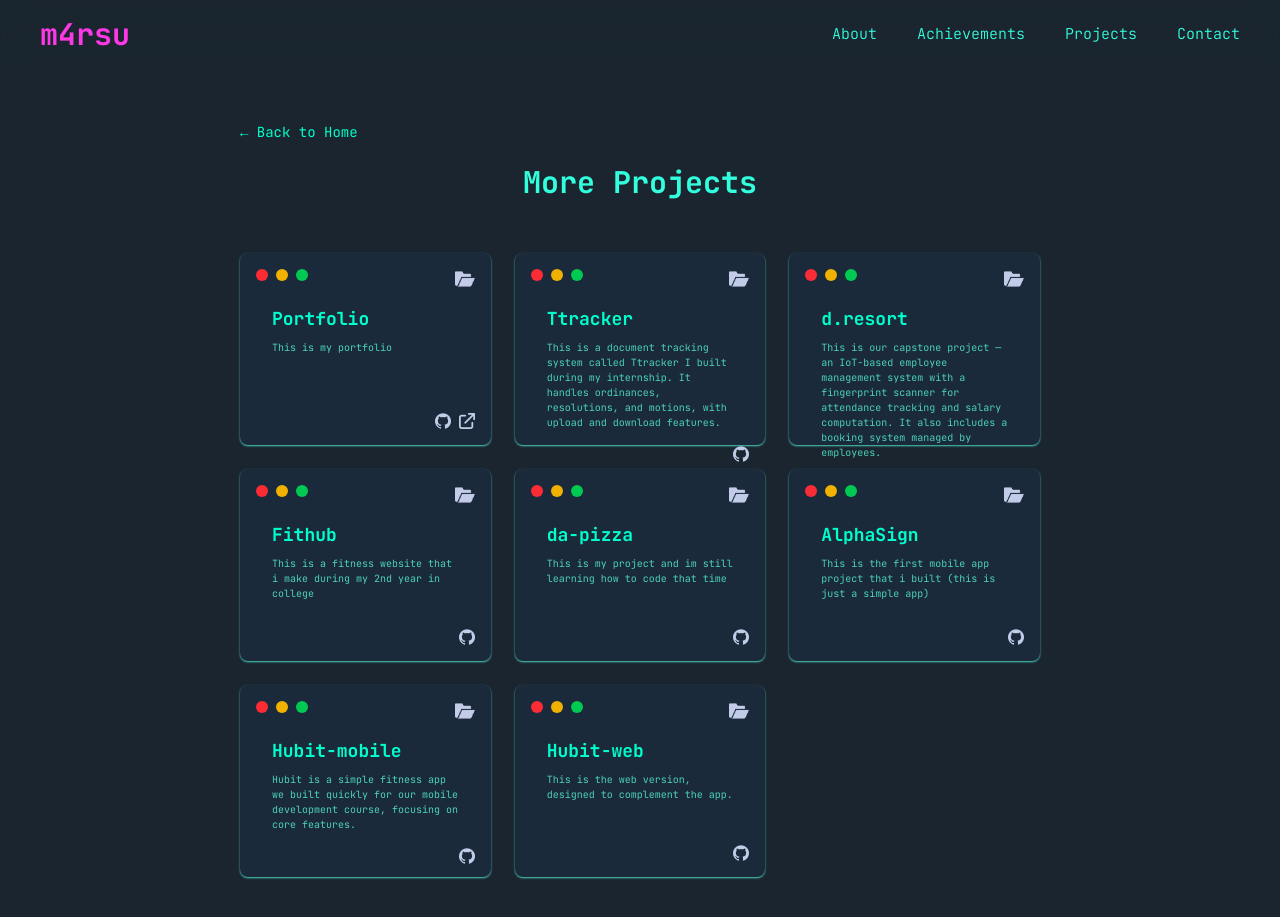
Repository: m4rsu-code/Portfolio
Page: /projects (app in my-portfolio/)
The author's editor kept a copy of each file at every save. The page is drawn from the files as they stood at one save, then again after the next save.
The browser window is 1280 px wide. The pictures show the whole page.
The project was rebuilt for these pictures with package versions that can differ from the ones it lists, and the page was loaded fresh each time. Also part of the build but not shown: my-portfolio/vite.config.js, my-portfolio/src/assets/components/Modal/AchievementModal.jsx, my-portfolio/src/assets/CSS/animation.css, my-portfolio/src/App.jsx, my-portfolio/src/AchievementsPage.jsx, my-portfolio/src/FigmaProjectsPage.jsx.

Above is the page before, as saved 2025-08-04 17:04:09.

### my-portfolio/src/main.jsx
import { StrictMode } from "react";
import { createRoot } from "react-dom/client";
import { BrowserRouter as Router, Routes, Route } from "react-router-dom";
import "./assets/CSS/index.css";
import App from "./App.jsx";
import AchievementsPage from "./AchievementsPage.jsx";
import ProjectPage from "./ProjectPage.jsx";
import FigmaProjectsPage from "./FigmaProjectsPage.jsx";

createRoot(document.getElementById("root")).render(
  <StrictMode>
    <Router>
      <Routes>
        <Route path="/" element={<App />} />
        <Route path="/achievements" element={<AchievementsPage />} />
        <Route path="/projects" element={<ProjectPage />} />
        <Route path="/figma-projects" element={<FigmaProjectsPage />} />
      </Routes>
    </Router>
  </StrictMode>
);

### my-portfolio/src/assets/CSS/index.css
@import "tailwindcss";

@layer base {
  .font-jetbrains-mono {
    font-family: 'JetBrains Mono', monospace;
  }
}

### my-portfolio/src/ProjectPage.jsx
import React from 'react';
import { Link } from 'react-router-dom';
import Navbar from './assets/components/Navbar';
import { projects } from './assets/components/data';

const ProjectPage = () => {
  return (
    <div className="min-h-screen bg-[#1A252F] font-jetbrains-mono">
      <Navbar />
      <div className="w-full px-60 py-10">
        <div className="text-left mt-20">
          <Link to="/" className="text-[#00FFCC] text-sm hover:underline">
            ← Back to Home
          </Link>
        </div>
        <h2 className="text-[#31FFDD] text-[30px] text-center font-bold mb-12 mt-4">
          More Projects
        </h2>

        {projects.length === 0 ? (
          <p className="text-white text-center text-lg">No projects to display.</p>
        ) : (
          <div className="grid grid-cols-1 sm:grid-cols-2 lg:grid-cols-3 gap-6">
            {projects.map((project) => (
              <div
                key={project.id}
                className="bg-[#1B2A3A] rounded-lg p-4 flex flex-col h-48 relative group shadow-xs shadow-[#4CD2BC] cursor-pointer transform transition-transform duration-300 ease-in-out hover:-translate-y-2"
              >
                <div className="flex gap-2">
                  <div className="w-3 h-3 bg-red-500 rounded-full"></div>
                  <div className="w-3 h-3 bg-yellow-500 rounded-full"></div>
                  <div className="w-3 h-3 bg-green-500 rounded-full"></div>
                  <div className="justify-end ml-auto">
                    <img src="/Images/open-folder.png" alt="" className="w-5 h-5" />
                  </div>
                </div>
                <div className="text-left rounded-md flex-grow p-4">
                  <h3 className="text-[#00FFCC] text-[18px] font-bold mb-2">
                    {project.title}
                  </h3>
                  <p className="text-[#4CD2BC] text-[10px]">{project.description}</p>
                </div>
                <div className="flex justify-end gap-2">
                  {project.githubLink ? (
                    <a href={project.githubLink} target="_blank" rel="noopener noreferrer">
                      <img
                        src="/Images/github.png"
                        alt="GitHub Icon"
                        className="w-4 h-4 hover:invert hover:brightness-0 hover:sepia hover:saturate-[100%]"
                      />
                    </a>
                  ) : (
                    <img
                      src="/Images/github.png"
                      alt="GitHub Icon"
                      className="w-4 h-4 hover:invert hover:brightness-0 hover:sepia hover:saturate-[100%]"
                    />
                  )}
                  {project.title === 'Portfolio' && project.link && (
                    <a href={project.link} target="_blank" rel="noopener noreferrer">
                      <img
                        src="/Images/link.png"
                        alt="Link Icon"
                        className="w-4 h-4 hover:invert hover:brightness-0 hover:sepia hover:saturate-[100%]"
                      />
                    </a>
                  )}
                </div>
              </div>
            ))}
          </div>
        )}
      </div>
    </div>
  );
};

export default ProjectPage;

### my-portfolio/src/assets/components/Navbar.jsx
import React from 'react';
import '../CSS/Navbar.css'; // Import the CSS for styling

function Navbar() {
  return (
    <nav className="w-full px-10 py-4 flex justify-between items-center fixed top-0 left-0 z-50 bg-transparent backdrop-blur-md font-jetbrains-mono">
      {/* Logo on the left */}
      <a href="#home" className='text-3xl font-bold text-[#FF38E5] cursor-pointer'>m4rsu</a>
      {/* Navigation links on the right */}
      <div className='flex gap-10 text-base'>
        <a href='#about' className='text-[#31FFDD] text-[15px] font-light nav-link'>About</a>
        <a href='#achievements' className='text-[#31FFDD] text-[15px] font-light nav-link'>Achievements</a>
        <a href='#projects' className='text-[#31FFDD] text-[15px] font-light nav-link'>Projects</a>
        <a href='#contact' className='text-[#31FFDD] text-[15px] font-light nav-link'>Contact</a>
      </div>
    </nav>
  );
}

export default Navbar;

### my-portfolio/src/assets/components/data.jsx
export const achievements = [
  {
    id: 1,
    image: '/Images/cert1.png',
    title: 'Digital Solution Showcase',
    description: 'Recognized for developing an innovative digital solution that streamlined project workflows and enhanced user experience across multiple platforms.',
    date: 'November 20, 2024',
  },
  {
    id: 2,
    image: '/Images/cert2.png',
    title: 'CCNA: Switching, Routing, and Wireless Essentials',
    description: 'Earned a student-level credential for completing the CCNA: Switching, Routing, and Wireless Essentials course.',
    date: 'February 12, 2024',
  },
  {
    id: 3,
    image: '/Images/cert3.png',
    title: 'Dean’s Lister',
    description: 'Consistently achieved Dean’s List recognition for outstanding academic performance, maintaining a GPA of 1.750 for the first semester academic year 2023-2024.',
    date: 'November 20, 2024',
  },
  {
    id: 4,
    image: '/Images/cert4.png',
    title: 'Wadhwani Impactful Writing Skills',
    description: 'Completed the Wadhwani Impactful Writing Skills program, enhancing professional communication for workplace effectiveness.',
    date: 'January 31, 2025',
  },
  {
    id: 5,
    image: '/Images/cert5.png',
    title: 'Wadhwani Impactful Writing Skills',
    description: 'Completed the Wadhwani Impactful Writing Skills program, enhancing professional communication for workplace effectiveness.',
    date: 'January 31, 2025',
  },
];

export const projects = [
  { id: 1, title: 'Portfolio', description: 'This is my portfolio', link: 'https://your-portfolio.com', githubLink: 'https://github.com/m4rsu-code/Portfolio/tree/main/my-portfolio'},
  { id: 2, title: 'Ttracker', description: 'This is a document tracking system called Ttracker I built during my internship. It handles ordinances, resolutions, and motions, with upload and download features.', githubLink: 'https://github.com/m4rsu-code/Ttracker/tree/main/Tracker' },
  { id: 3, title: 'd.resort', description: 'This is our capstone project — an IoT-based employee management system with a fingerprint scanner for attendance tracking and salary computation. It also includes a booking system managed by employees.', githubLink: 'https://github.com/m4rsu-code/d.resort'},
  { id: 4, title: 'Fithub', description: 'This is a fitness website that i make during my 2nd year in college', githubLink: 'https://github.com/m4rsu-code/FITHUB/tree/main/Fithub'},
  { id: 5, title: 'da-pizza', description: 'This is my project and im still learning how to code that time', githubLink: 'https://github.com/m4rsu-code/da-pizza/tree/main/da-pizza'},
  { id: 6, title: 'AlphaSign', description: 'This is the first mobile app project that i built (this is just a simple app)', githubLink: 'https://github.com/m4rsu-code/AlphaSign'},
  { id: 7, title: 'Hubit-mobile', description: 'Hubit is a simple fitness app we built quickly for our mobile development course, focusing on core features.', githubLink: 'https://github.com/m4rsu-code/HubIT-mobile'},
  { id: 8, title: 'Hubit-web', description: 'This is the web version, designed to complement the app.', githubLink: 'https://github.com/m4rsu-code/HubIT-web/tree/main/Adet_Website-main'},
];

export const figmaProjects = [
  {
    id: 1,
    title: 'Portfolio Design',
    image: '/Images/me.png',
    figmaLink: 'https://www.figma.com/file/your-portfolio-design-link',
  },
  {
    id: 2,
    title: 'Ttracker UI',
    image: '/Images/figma2.png',
    figmaLink: 'https://www.figma.com/file/your-ttracker-ui-link',
  },
  {
    id: 3,
    title: 'd.resort Prototype',
    image: '/Images/figma3.png',
    figmaLink: 'https://www.figma.com/file/your-dresort-prototype-link',
  },
  {
    id: 4,
    title: 'Fithub Mockup',
    image: '/Images/figma4.png',
    figmaLink: 'https://www.figma.com/file/your-fithub-mockup-link',
  },
  {
    id: 5,
    title: 'da-pizza Design',
    image: '/Images/figma5.png',
    figmaLink: 'https://www.figma.com/file/your-dapizza-design-link',
  },
  {
    id: 6,
    title: 'AlphaSign UI',
    image: '/Images/figma6.png',
    figmaLink: 'https://www.figma.com/file/your-alphasign-ui-link',
  },
];

### my-portfolio/src/assets/CSS/Navbar.css
.nav-link {
  position: relative;
  text-decoration: none;
}

.nav-link::after {
  content: '';
  position: absolute;
  width: 100%;
  height: 2px;
  bottom: -2px;
  left: 0;
  background-color: #31FFDD;
  transform: scaleX(0);
  transform-origin: bottom right;
  transition: transform 0.3s ease-in-out;
}

.nav-link:hover::after {
  transform: scaleX(1);
  transform-origin: bottom left;
}

Loaded but not shown: my-portfolio/index.html (common file)

After the next save:
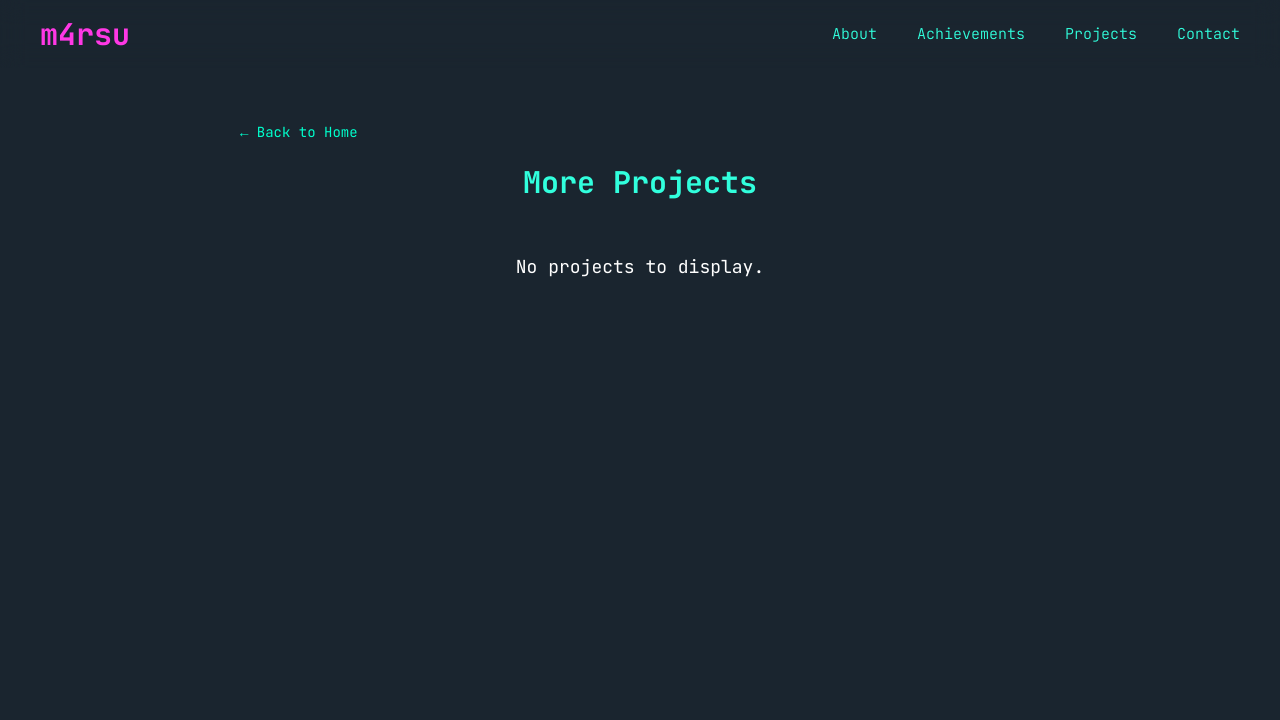
Saved 15 s later.
--- a/my-portfolio/src/ProjectPage.jsx
+++ b/my-portfolio/src/ProjectPage.jsx
@@ -1,9 +1,11 @@
 import React from 'react';
-import { Link } from 'react-router-dom';
+import { Link, useLocation } from 'react-router-dom';
 import Navbar from './assets/components/Navbar';
-import { projects } from './assets/components/data';
 
 const ProjectPage = () => {
+  const location = useLocation();
+  const projects = location.state?.projects || [];
+
   return (
     <div className="min-h-screen bg-[#1A252F] font-jetbrains-mono">
       <Navbar />
